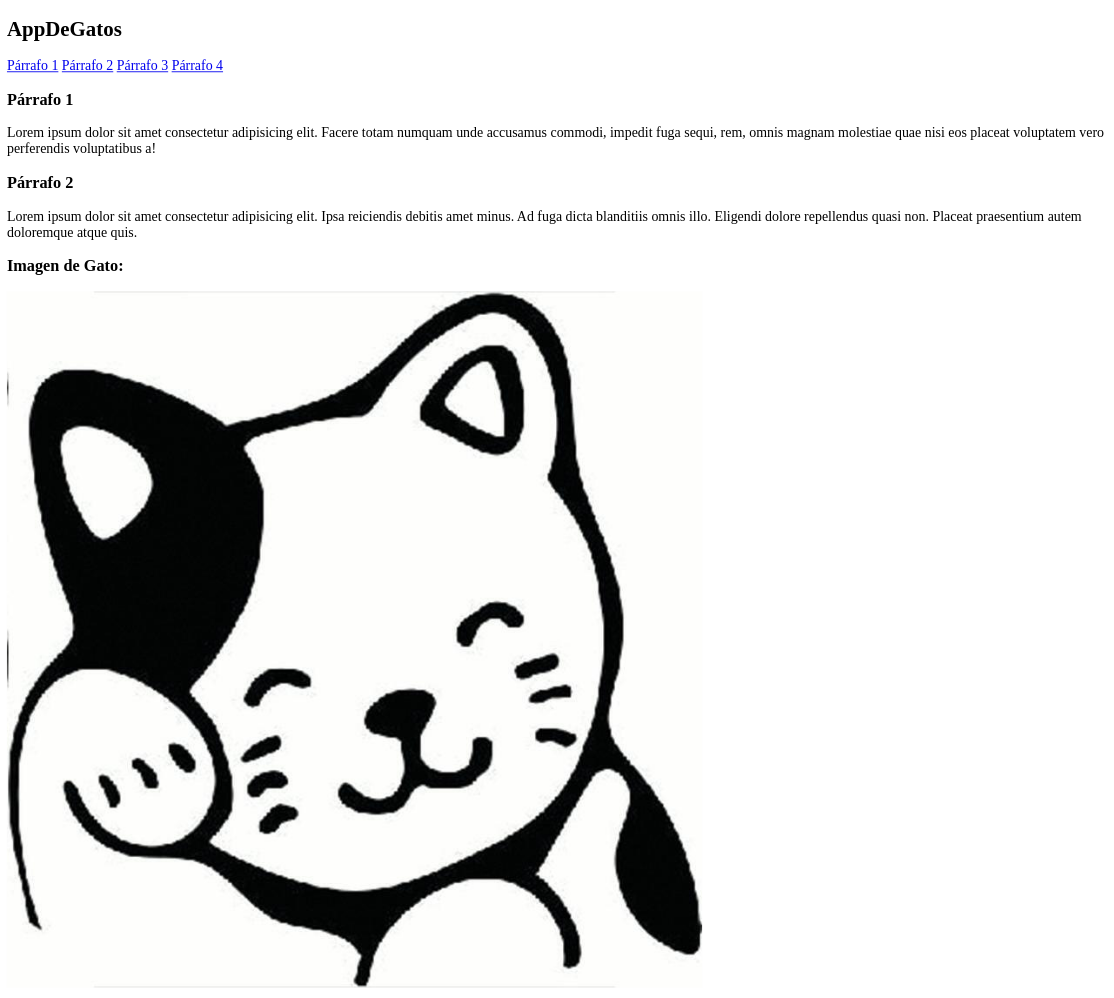
Repository: pedro-donoso/curso-html---css
Page: index.html
An editor plug-in stored every save of this project. The page is shown before and after the next save, followed by the edit.
The browser window is 1280 px wide. The pictures show the whole page, at 87% of full size.

Above is the page before, as saved 2023-11-03 10:55:09.

After the next save:
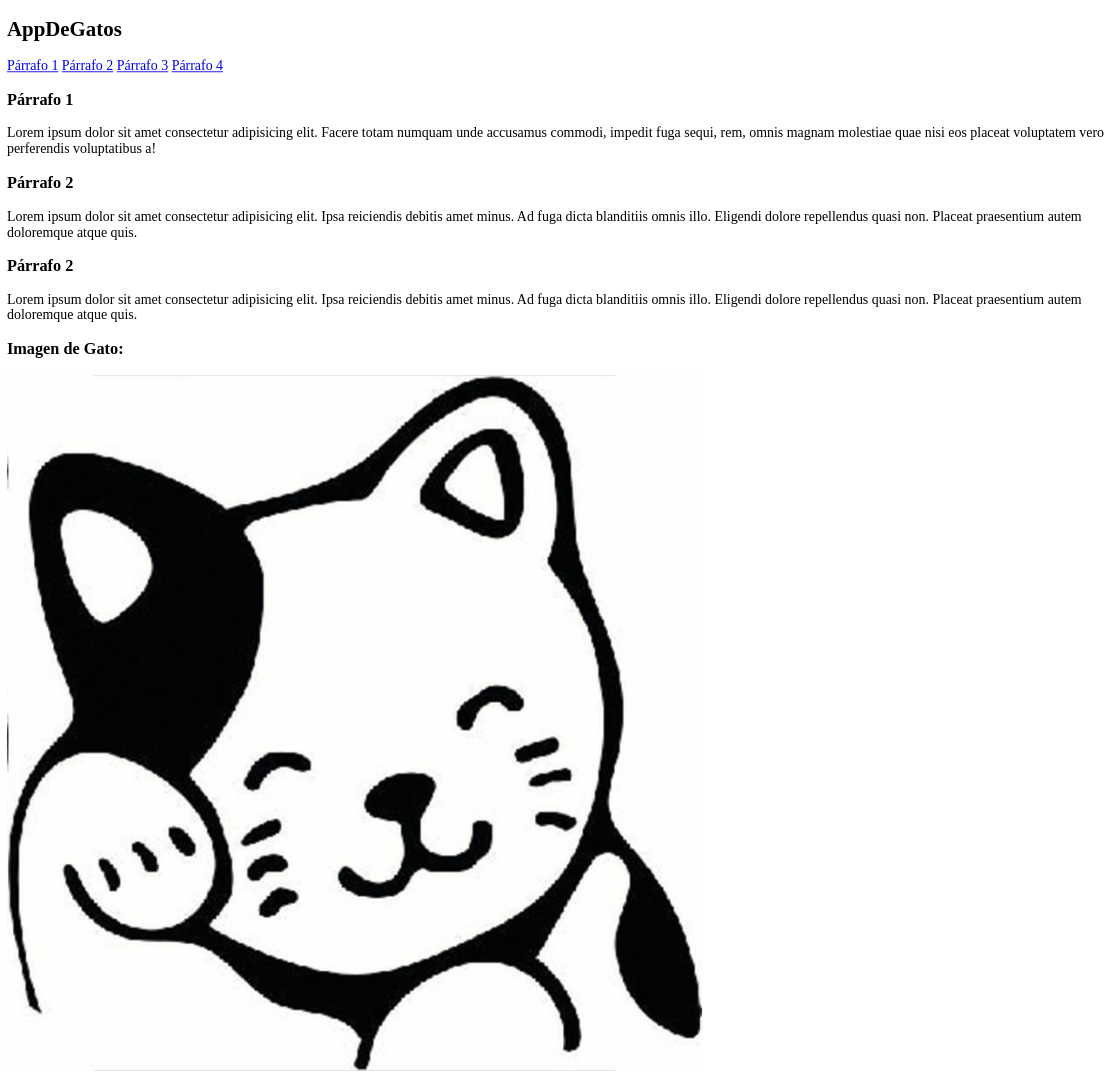
Saved 18 s later.
--- a/index.html
+++ b/index.html
@@ -25,6 +25,10 @@
 
    <p>Lorem ipsum dolor sit amet consectetur adipisicing elit. Ipsa reiciendis debitis amet minus. Ad fuga dicta blanditiis omnis illo. Eligendi dolore repellendus quasi non. Placeat praesentium autem doloremque atque quis.</p>
 
+   <h3 id="parrafo-2">Párrafo 2</h3>
+
+   <p>Lorem ipsum dolor sit amet consectetur adipisicing elit. Ipsa reiciendis debitis amet minus. Ad fuga dicta blanditiis omnis illo. Eligendi dolore repellendus quasi non. Placeat praesentium autem doloremque atque quis.</p>
+
    <h3>Imagen de Gato:</h3>
     <img src="./assets/img/gato.jpg" alt="gato">
 
